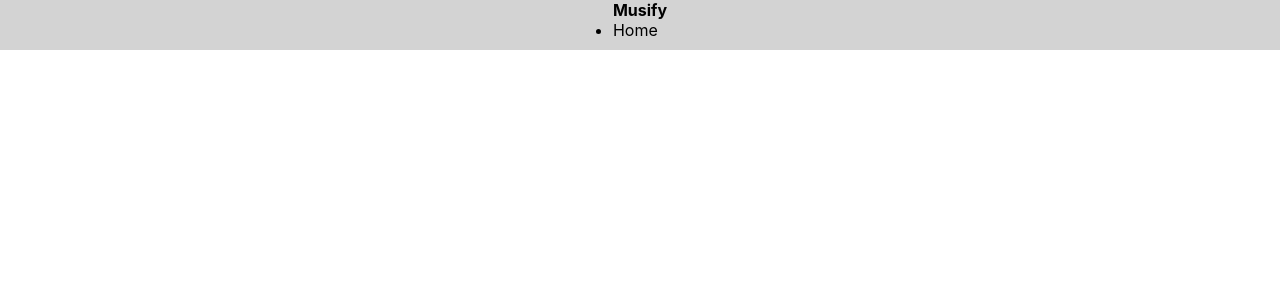
Repository: yuqiant/musify
Page: / (app in musify/)
The author's editor kept a copy of each file at every save. The page is drawn from the files as they stood at one save, then again after the next save.
The browser window is 1280 px wide. The pictures show the whole page.
The project was rebuilt for these pictures with package versions that can differ from the ones it lists, and the page was loaded fresh each time. Also part of the build but not shown: musify/src/App.css, musify/src/home/index.js.

Above is the page before, as saved 2023-11-30 00:42:02.

### musify/src/index.js
import React from 'react';
import ReactDOM from 'react-dom/client';
import './index.css';
import App from './App';
import Home from './home';
import reportWebVitals from './reportWebVitals';

const root = ReactDOM.createRoot(document.getElementById('root'));
root.render(

  <React.StrictMode>
    <App />
  </React.StrictMode>
);

// If you want to start measuring performance in your app, pass a function
// to log results (for example: reportWebVitals(console.log))
// or send to an analytics endpoint. Learn more: https://bit.ly/CRA-vitals
reportWebVitals();

### musify/src/App.js
import logo from './logo.svg';
import './App.css';
import Navbar from './navbar';

function App() {
  // return (
  //   <div className="App">
  //     <header className="App-header">
  //       <img src={logo} className="App-logo" alt="logo" />
  //       <p>
  //         Edit <code>src/App.js</code> and save to reload.
  //       </p>
  //       <a
  //         className="App-link"
  //         href="https://reactjs.org"
  //         target="_blank"
  //         rel="noopener noreferrer"
  //       >
  //         Learn React
  //       </a>
  //     </header>
  //   </div>
  // );
  return (
    <div>
      <Navbar />
    </div>
  );

}

export default App;

### musify/src/navbar/index.js
// import React from "react";

// const Navbar = () => {
//     return (
//         <nav className="navbar navbar-expand-lg navbar-light bg-light">
//             <a className="navbar-brand" href="#">
//                 Navbar
//             </a>
//             <button
//                 className="navbar-toggler"
//                 type="button"
//                 data-toggle="collapse"
//                 data-target="#navbarNavDropdown"
//                 aria-controls="navbarNavDropdown"
//                 aria-expanded="false"
//                 aria-label="Toggle navigation"
//             >
//                 <span className="navbar-toggler-icon"></span>
//             </button>

//             <div className="collapse navbar-collapse" id="navbarNavDropdown">
//                 <ul className="navbar-nav">
//                     <li className="nav-item active">
//                         <a className="nav-link" href="#">
//                             Home <span className="sr-only">(current)</span>
//                         </a>
//                     </li>
//                     <li className="nav-item">
//                         <a className="nav-link" href="#">
//                             Features
//                         </a>
//                     </li>
//                     <li className="nav-item">
//                         <a className="nav-link" href="#">
//                             Pricing
//                         </a>
//                     </li>
//                     <li className="nav-item dropdown">
//                         <a
//                             className="nav-link dropdown-toggle"
//                             href="#"
//                             id="navbarDropdownMenuLink"
//                             data-toggle="dropdown"
//                             aria-haspopup="true"
//                             aria-expanded="false"
//                         >
//                             Dropdown link
//                         </a>
//                         <div
//                             className="dropdown-menu"
//                             aria-labelledby="navbarDropdownMenuLink"
//                         >
//                             <a className="dropdown-item" href="#">
//                                 Action
//                             </a>
//                             <a className="dropdown-item" href="#">
//                                 Another action
//                             </a>
//                             <a className="dropdown-item" href="#">
//                                 Something else here
//                             </a>
//                         </div>
//                     </li>
//                 </ul>
//             </div>
//         </nav>
//     );
// };

// export default Navbar;
// Navbar.js
import React from 'react';
// import { NavLink } from 'react-router-dom';
import './index.css';

const Navbar = () => {
    return (
        <nav className="wd-navigation">
            <div className="nav-container">
                {/* Logo 或者站点名称 */}
                {/* <NavLink exact to="/" className="nav-logo">
                    Recipe Roulette
                </NavLink> */}
                <p className="bold-left-align">Musify</p>

                {/* 导航链接 */}
                <ul className="nav-menu">
                    <li className="nav-item">
                        {/* <NavLink exact to="/" activeClassName="active"> */}
                        Home
                        {/* </NavLink> */}
                    </li>
                    {/* 语言和注册/登录可以是下拉菜单或者额外的链接 */}
                    {/* <li className="nav-item">
                        <NavLink to="/language" activeClassName="active">
                            Language
                        </NavLink>
                    </li>
                    <li className="nav-item">
                        <NavLink to="/signin" activeClassName="active">
                            Sign In/Up
                        </NavLink>
                    </li> */}
                </ul>
            </div>
        </nav>
    );
};

export default Navbar;

### musify/src/home/index.css
/* Reset margin and padding to remove default browser styling */
* {
    margin: 0;
    padding: 0;
    box-sizing: border-box;
}

/* General App styling */
.App {
    text-align: center;
}

/* Navigation bar styling */
.App-nav {
    display: flex;
    justify-content: space-between;
    align-items: left;
    background-color: #282c34;
    padding: 1rem;
    color: white;
}

.App-nav h1 {
    font-size: 1.5rem;
}

.App-nav a {
    color: white;
    text-decoration: none;
    margin-left: 1rem;
}

.App-nav a:hover {
    text-decoration: underline;
}

/* Header and content styling */
.App-header {
    color: white;
    padding-top: 60px;
    /* Adjust this value as needed */
}

.App-logo {
    height: 40vmin;
    pointer-events: none;
}

.App-link {
    color: #61dafb;
}

.App-link:hover {
    color: #39a9db;
}

### musify/src/navbar/index.css
.wd-navigation {
    background-color: lightgray;
    list-style: none;
    padding: 0;
    margin: 0;
    width: 100%;
    /* Full width */
    display: flex;
    /* Align items in a row */
    justify-content: space-around;
    /* Even spacing */
    height: 50px;
}

.wd-navigation .list-group-item {
    display: inline-block;
    /* Make list items inline */
    border-radius: 0;
    /* Optional: removes border-radius */
}

.wd-navigation a {
    padding: 10px;
    margin-bottom: 0;
    /* Adjust for horizontal layout */
    font-size: 0.8em;
    text-align: center;
    background-color: black;
    border: none;
    display: block;
    /* Ensure proper alignment */
    color: white;
    /* Text color */
    text-decoration: none;
}

.wd-navigation a.active {
    background-color: white;
    color: red;
}

.wd-icon,
.wd-navigation a i {
    color: red;
    font-size: 2em;
    margin-bottom: 0;
    /* Adjust for horizontal layout */
}

.list-group-item {
    color: white;
    /* Set default text color to white */
    padding: 5px 10px;
}

.list-group-item.active {
    background-color: black;
    color: red;
}

/* Responsive adjustments (if needed) */
@media (max-width: 600px) {
    .wd-navigation a {
        padding: 5px;
        font-size: 0.6em;
    }
}

.bold-left-align {
    font-weight: bold;
    text-align: left;
}

Loaded but not shown: musify/public/index.html (common file); musify/src/index.css (common file); musify/src/reportWebVitals.js (common file)

After the next save:
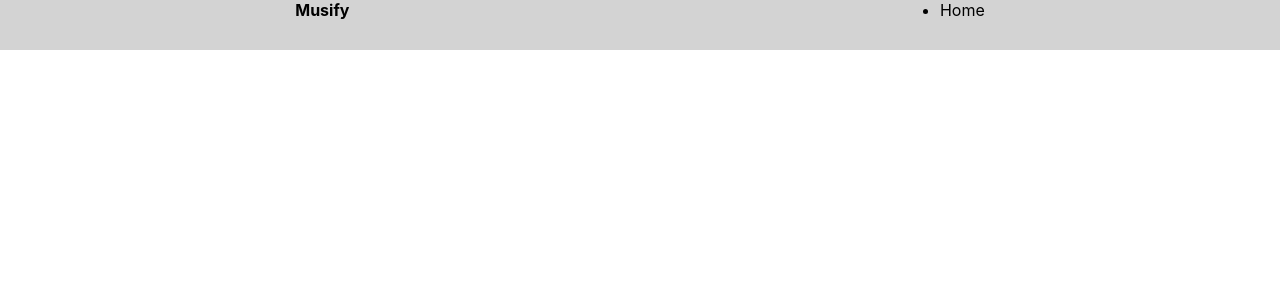
Saved 5 min 8 s later.
--- a/musify/src/navbar/index.js
+++ b/musify/src/navbar/index.js
@@ -76,22 +76,22 @@ import './index.css';
 const Navbar = () => {
     return (
         <nav className="wd-navigation">
-            <div className="nav-container">
-                {/* Logo 或者站点名称 */}
-                {/* <NavLink exact to="/" className="nav-logo">
+            {/* <div className="nav-container"> */}
+            {/* Logo 或者站点名称 */}
+            {/* <NavLink exact to="/" className="nav-logo">
                     Recipe Roulette
                 </NavLink> */}
-                <p className="bold-left-align">Musify</p>
+            <p className="bold-left-align">Musify</p>
 
-                {/* 导航链接 */}
-                <ul className="nav-menu">
-                    <li className="nav-item">
-                        {/* <NavLink exact to="/" activeClassName="active"> */}
-                        Home
-                        {/* </NavLink> */}
-                    </li>
-                    {/* 语言和注册/登录可以是下拉菜单或者额外的链接 */}
-                    {/* <li className="nav-item">
+            {/* 导航链接 */}
+            <ul className="nav-menu">
+                <li className="nav-item">
+                    {/* <NavLink exact to="/" activeClassName="active"> */}
+                    Home
+                    {/* </NavLink> */}
+                </li>
+                {/* 语言和注册/登录可以是下拉菜单或者额外的链接 */}
+                {/* <li className="nav-item">
                         <NavLink to="/language" activeClassName="active">
                             Language
                         </NavLink>
@@ -101,8 +101,8 @@ const Navbar = () => {
                             Sign In/Up
                         </NavLink>
                     </li> */}
-                </ul>
-            </div>
+            </ul>
+            {/* </div> */}
         </nav>
     );
 };
